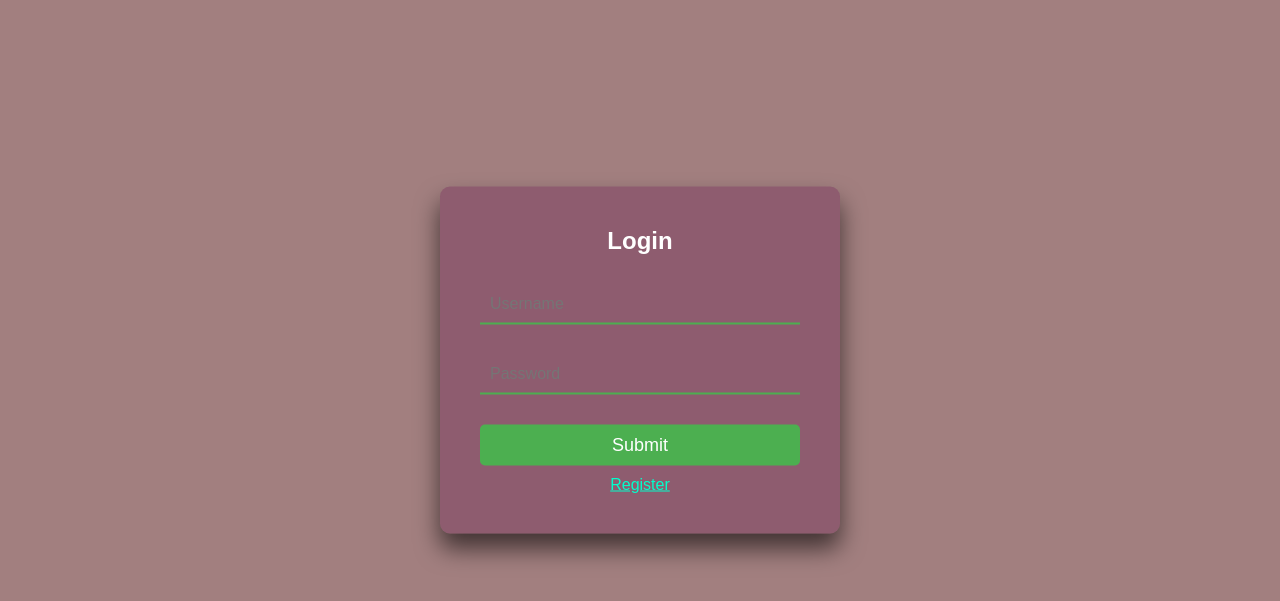
Repository: SRBshakib/Safe-Food---DBMS-project
Page: Organaization/login.html
An editor plug-in stored every save of this project. The page is shown before and after the next save, followed by the edit.
The browser window is 1280 px wide. The pictures show the whole page.

Above is the page before, as saved 2024-11-10 21:55:56.

### Organaization/login.html
<!DOCTYPE html>
<html lang="en">
<head>
    <meta charset="UTF-8">
    <meta name="viewport" content="width=device-width, initial-scale=1.0">
    <title>Welcome to our organization</title>
    <link rel="stylesheet" href="style_login.css"> <!-- Link to the CSS file -->
</head>
<body>
    <div class="login-box">
        <h2>Login</h2>
        <form>
            <div class="textbox">
                <input type="text" placeholder="Username" required>
            </div>
            <div class="textbox">
                <input type="password" placeholder="Password" required>
            </div>
            <button type="submit" class="btn">Submit</button>
            <p class="register">Register</p>
        </form>
    </div>
</body>
</html>

### Organaization/style_login.css

*{

    margin: 0;
    padding: 0;
    box-sizing: border-box;
    font-family: Arial, sans-serif;
}

body {
    display: flex;
    justify-content: center;
    align-items: center;
    height: 100vh;
    background-color: #46000080;
    color: rgb(255, 255, 255);
}

.login-box {
    position: absolute;
    top: 50%;
    left: 50%;
    width: 400px;
    padding: 40px;
    transform: translate(-50%, -50%);
    background: rgba(94, 7, 72, 0.281);
    box-shadow: 0 15px 25px rgba(0, 0, 0, 0.6);
    border-radius: 10px;
    text-align: center;
}

.login-box h2 {
    margin-bottom: 30px;
}

.textbox {
    position: relative;
    margin-bottom: 30px;
    border-bottom: 2px solid #4caf50;
}

.textbox input {
    width: 100%;
    padding: 10px;
    font-size: 16px;
    background: none;
    border: none;
    outline: none;
    color: #fff;
}

.btn {
    display: inline-block;
    width: 100%;
    padding: 10px;
    background: #4caf50;
    border: none;
    outline: none;
    color: #fff;
    font-size: 18px;
    cursor: pointer;
    border-radius: 5px;
    transition: background 0.3s, box-shadow 0.3s;
}

.btn:hover {
    background: #00ffcc;
    box-shadow: 0 0 10px #00ffcc, 0 0 40px #00ffcc, 0 0 80px #00ffcc;
}

.register {
    color: #00ffcc;
    cursor: pointer;
    margin-top: 10px;
    text-decoration: underline;
}

After the next save:
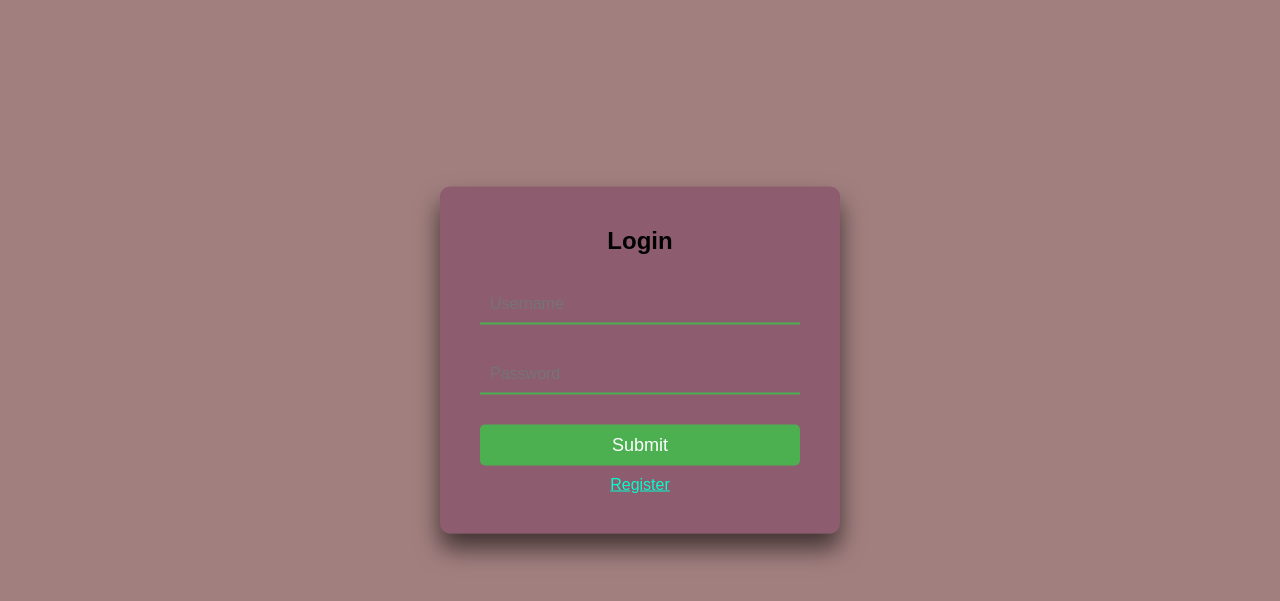
Saved 6 s later.
--- a/Organaization/style_login.css
+++ b/Organaization/style_login.css
@@ -13,7 +13,7 @@ body {
     align-items: center;
     height: 100vh;
     background-color: #46000080;
-    color: rgb(255, 255, 255);
+    color: rgb(0, 0, 0);
 }
 
 .login-box {
